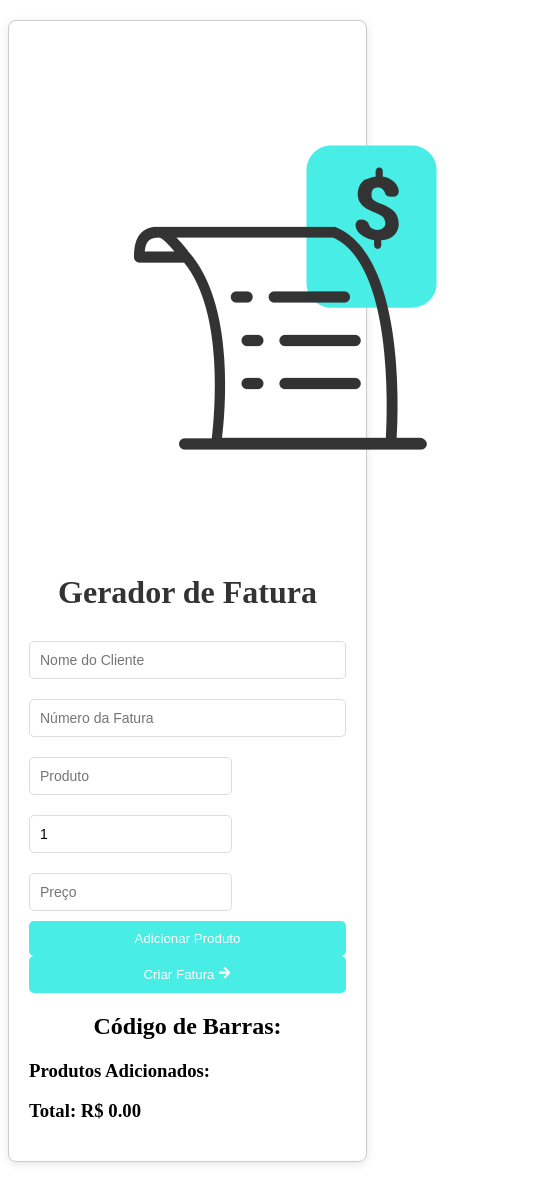
Repository: thmedu/Gerador-de-Faturas
Page: /
An editor plug-in stored every save of this project. The page is shown before and after the next save, followed by the edit.
The browser window is 375 px wide. The page is 541 px wide, then 533 px, so the pictures cover 541 px, including what lies to the right of the window. The pictures show the whole page.
The project was rebuilt for these pictures with package versions that can differ from the ones it lists, and the page was loaded fresh each time. Also part of the build but not shown: vite.config.js, src/Componete/Template.jsx.

Above is the page before, as saved 2024-07-16 20:31:14.

After the next save:
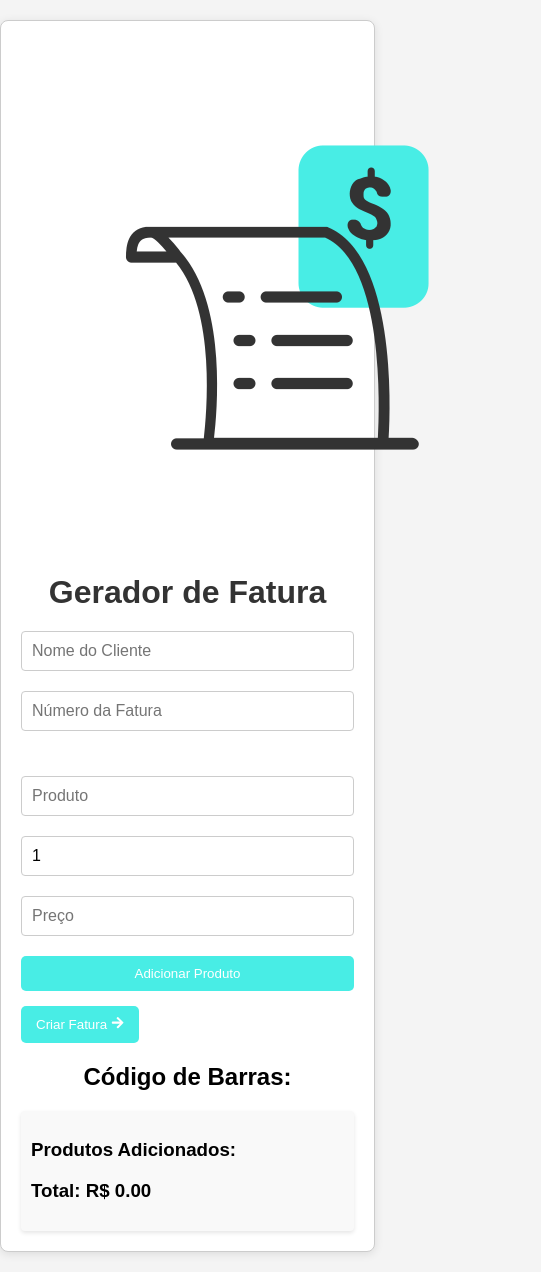
Saved 36 s later.
--- a/src/App.css
+++ b/src/App.css
@@ -1,12 +1,19 @@
 /* App.css */
+
+body {
+  font-family: 'Arial', sans-serif;
+  background-color: #f4f4f4;
+  margin: 0;
+  padding: 0;
+}
+
 .container {
-  max-width: 600px;
+  max-width: 800px;
   margin: 20px auto;
   padding: 20px;
-  border: 1px solid #ccc;
+  background: #ffffff;
   border-radius: 8px;
-  box-shadow: 0 2px 10px rgba(0, 0, 0, 0.1);
-  background-color: #fff;
+  box-shadow: 0 4px 8px rgba(0, 0, 0, 0.1);
 }
 
 .logo {
@@ -21,79 +28,107 @@
 }
 
 .form {
-  margin-bottom: 20px;
+  display: flex;
+  flex-direction: column;
+  gap: 15px;
 }
 
 .inputs {
   display: flex;
-  flex-direction: column;
+  gap: 10px;
 }
 
 .input-field {
+  flex: 1;
   padding: 10px;
-  margin: 10px 0;
-  border: 1px solid #ddd;
-  border-radius: 5px;
-}
-
-.buttons {
-  text-align: center;
+  border: 1px solid #ccc;
+  border-radius: 4px;
+  font-size: 16px;
 }
 
 .submit-button {
-  padding: 10px 20px;
+  padding: 10px 15px;
+  background-color: #48ede5;
+  color: #fff;
   border: none;
   border-radius: 5px;
-  background-color: #48ede5;
-  color: white;
   cursor: pointer;
   transition: background-color 0.3s;
 }
 
-.submit-button:disabled {
-  background-color: #ccc;
-  cursor: not-allowed;
+.submit-button:hover {
+  background-color: #36b8c2;
 }
 
-.submit-button:hover:not(:disabled) {
-  background-color: #39b2c4;
+.product-form {
+  margin-top: 20px;
+  display: flex;
+  flex-direction: column;
+  gap: 10px;
+}
+
+.product-form input {
+  padding: 10px;
+  border: 1px solid #ccc;
+  border-radius: 4px;
+}
+
+.product-list {
+  margin-top: 20px;
+  padding: 10px;
+  background: #f9f9f9;
+  border-radius: 4px;
+  box-shadow: 0 2px 4px rgba(0, 0, 0, 0.1);
+}
+
+.product-list ul {
+  list-style-type: none;
+  padding: 0;
+}
+
+.product-list li {
+  padding: 8px 0;
+  border-bottom: 1px solid #ddd;
+}
+
+.product-list li:last-child {
+  border-bottom: none;
 }
 
 .barcode-container {
+  margin-top: 20px;
   text-align: center;
-  margin-top: 20px;
 }
 
 .pdf-container {
   padding: 20px;
-  text-align: center;
+  background: #ffffff;
+  border-radius: 8px;
+  box-shadow: 0 4px 8px rgba(0, 0, 0, 0.1);
 }
 
 .back-button {
+  margin-top: 20px;
   padding: 10px 15px;
+  background-color: #ff6b6b;
+  color: white;
   border: none;
   border-radius: 5px;
-  background-color: #e74c3c;
-  color: white;
   cursor: pointer;
   transition: background-color 0.3s;
 }
 
 .back-button:hover {
-  background-color: #c0392b;
+  background-color: #e55b5b;
 }
 
-/* Responsive Design */
+/* Media Queries */
 @media (max-width: 600px) {
-  .container {
-    padding: 15px;
+  .inputs {
+    flex-direction: column;
   }
 
   .input-field {
-    font-size: 14px;
-  }
-
-  .submit-button, .back-button {
-    width: 100%;
+    margin-bottom: 10px;
   }
 }
